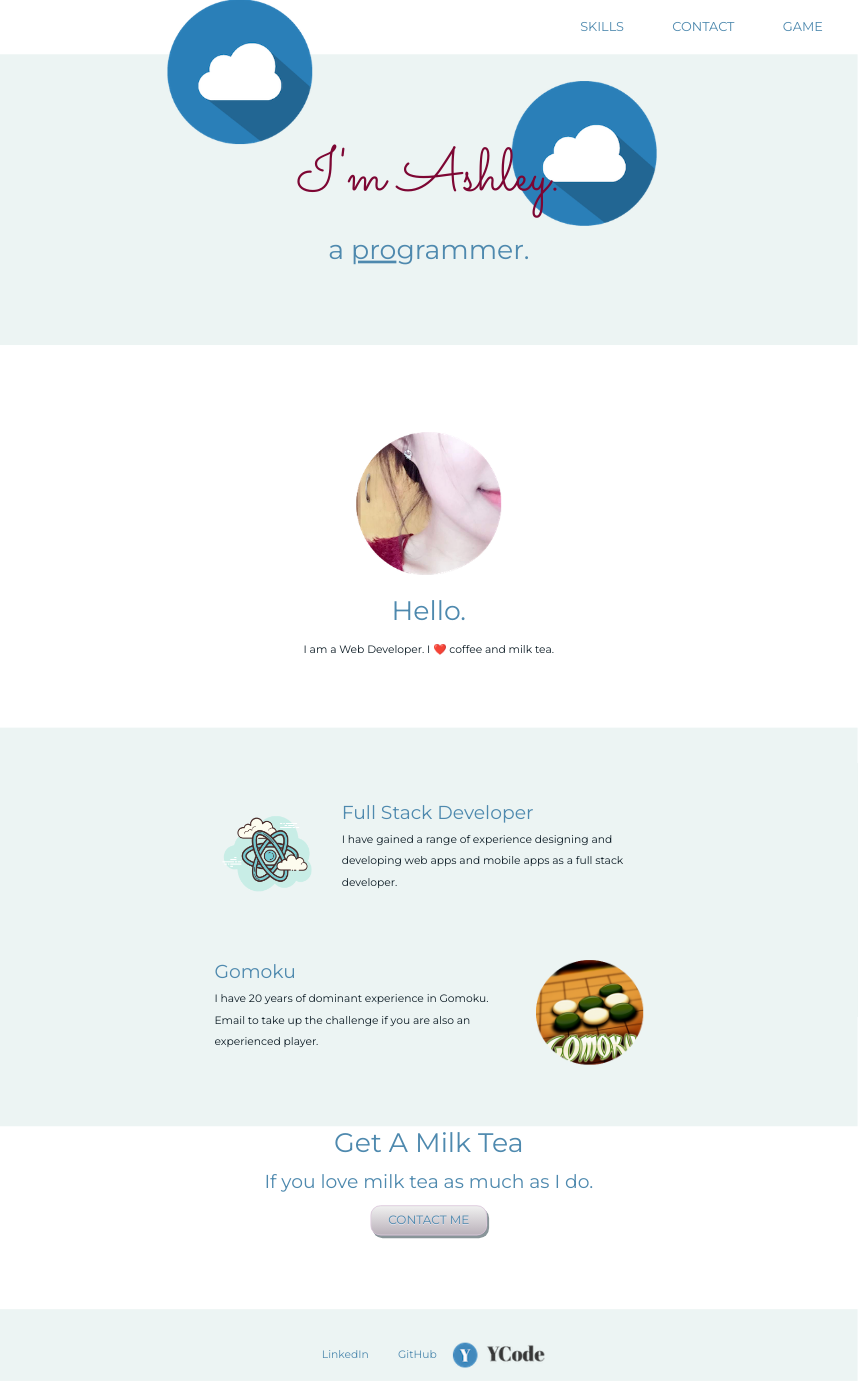
Repository: nosugarpls/YCode-my-website
Page: index.html
These files come from the project's save history. The page is drawn as it stood at one moment and after the next save; the edit follows.
The browser window is 1280 px wide. The pictures show the whole page, at 67% of full size.

Above is the page before, as saved 2020-09-25 10:31:51.

### index.html
<!DOCTYPE html>
<html>
<head>
  <meta charset="utf-8">
  <title>Ashley(Yu) Shi</title>


  <!-- CSS Stylesheets -->
  <link rel="stylesheet" href="https://stackpath.bootstrapcdn.com/bootstrap/4.5.2/css/bootstrap.min.css" integrity="sha384-JcKb8q3iqJ61gNV9KGb8thSsNjpSL0n8PARn9HuZOnIxN0hoP+VmmDGMN5t9UJ0Z" crossorigin="anonymous">
  <link rel="stylesheet" href="css/styles.css">
  <link href="https://fonts.googleapis.com/css?family=Merriweather|Montserrat|Sacramento" rel="stylesheet">
  <link rel="icon" href="images/YLogo.png">


  <!-- Bootstrap Scripts -->
  <script src="https://code.jquery.com/jquery-3.5.1.slim.min.js" integrity="sha384-DfXdz2htPH0lsSSs5nCTpuj/zy4C+OGpamoFVy38MVBnE+IbbVYUew+OrCXaRkfj" crossorigin="anonymous"></script>
  <script src="https://cdn.jsdelivr.net/npm/popper.js@1.16.1/dist/umd/popper.min.js" integrity="sha384-9/reFTGAW83EW2RDu2S0VKaIzap3H66lZH81PoYlFhbGU+6BZp6G7niu735Sk7lN" crossorigin="anonymous"></script>
  <script src="https://stackpath.bootstrapcdn.com/bootstrap/4.5.2/js/bootstrap.min.js" integrity="sha384-B4gt1jrGC7Jh4AgTPSdUtOBvfO8shuf57BaghqFfPlYxofvL8/KUEfYiJOMMV+rV" crossorigin="anonymous"></script>
</head>

<body>

  <!-- Nav Bar -->
  <nav class="navbar navbar-expand-lg navbar-light">
    <button class="navbar-toggler" type="button" data-toggle="collapse" data-target="#navbarToggler">
        <span class="navbar-toggler-icon"></span>
    </button>

    <div class="collapse navbar-collapse" id="navbarToggler">
      <ul class="navbar-nav ml-auto">
        <li class="nav-item">
          <a class="nav-link" href="#skills">SKILLS</a>
        </li>
        <li class="nav-item">
          <a class="nav-link" href="#contact">CONTACT</a>
        </li>
        <li class="nav-item">
          <a class="nav-link" href="piano.html">GAME</a>
        </li>
      </ul>
    </div>
  </nav>


  <div class="top-container">
    <img class="top-cloud" src="images/cloud.png" alt="cloud">
    <div class="title-text">
      <h1 class="big-title">I'm Ashley.</h1>
      <h2>a <span class="pro">pro</span>grammer.</h2>
    </div>
    <img class="bottom-cloud" src="images/cloud.png" alt="cloud">
  </div>

  <div class="middle-container">
    <div class="profile">
      <img class="avatar" src="images/ashely.png" alt="ashley-profile-img">
      <h2>Hello.</h2>
      <p class="intro">I am a Web Developer. I ❤️ coffee and milk tea.</p>
    </div>

    <div class="skills" id="skills">
      <div class="skill-row">
        <img class="react-img" src="images/react.png" alt="react-img">
        <h3>Full Stack Developer</h3>
        <p>I have gained a range of experience designing and developing web apps and mobile apps as a full stack developer.</p>
      </div>
      <div class="skill-row">
        <img class="game-img" src="images/game.png" alt="game-img">
        <h3>Gomoku</h3>
        <p>I have 20 years of dominant experience in Gomoku. Email to take up the challenge if you are also an experienced player.</p>
      </div>

    </div>

    <div class="contact-me" id="contact">
      <h2>Get A Milk Tea</h2>
      <h3>If you love milk tea as much as I do.</h3>
      <a class="btn" href="mailto:coloraworld@gmail.com">CONTACT ME</a>
    </div>
  </div>


  <div class="bottom-container">
    <a href="https://www.linkedin.com/in/yu-ashley-shi-328239197/">LinkedIn</a>
    <a href="https://github.com/nosugarpls">GitHub</a>
    <img src="images/logo.png" alt="img">
  </div>
</body>
</html>

### css/styles.css
body {
  color: #40514E;
  margin: 0;
  text-align: center;
  font-family: 'Merriweather', serif;
}

h1 {
  color: #7d0633;
  font-size: 5.625rem;
  margin: 50px auto 0 auto;
  font-family: 'Sacramento', cursive;
  z-index: 1;
  position: relative;
}

h2 {
  color: #4e89ae;
  font-family: 'Montserrat', sans-serif;
  font-size: 2.5rem;
  font-weight: normal;
  padding-bottom: 10px;
}

h3 {
  color: #4e89ae;
  font-family: 'Montserrat', sans-serif;
}

p {
  line-height: 2;
  color: #0f1e27;
  font-family: 'Montserrat', sans-serif;
}

a {
  color: #4e89ae;
  font-family: 'Montserrat', sans-serif;
  margin: 10px 20px;
  text-decoration: none;
}

.big-title {
  margin-top: 30px;
  margin-bottom: 30px;
}

.avatar {
  margin-top: 30px;
  margin-bottom: 30px;
}

.skills {
  background-color: #ecf4f3;
  margin-top: 100px;
  padding-top: 10px;
  padding-bottom: 10px;
}


.top-container {
  background-color: #ecf4f3;
  position: relative;
  padding-top: 100px;
  padding-bottom: 100px;
}


.middle-container {
  margin-top: 100px;
  margin-bottom: 100px;
}

.bottom-container {
  background-color: #ecf4f3;
  padding: 50px 0 20px;
}

.skill-row {
  width: 50%;
  margin: 100px auto 100px auto;
  text-align: left;
}

.pro {
  text-decoration: underline;
}

.intro {
  width: 30%;
  margin: auto;
  color: #0f1e27;
  font-family: 'Montserrat', sans-serif;
}

.contact-message {
  width: 40%;
  margin: 40px auto 60px;
}

.top-cloud {
  position: absolute;
  right: 300px;
  top: 40px;
}

.bottom-cloud {
  position: absolute;
  left: 250px;
  bottom: 300px;
}

.react-img {
  width: 25%;
  float: left;
  margin-right: 30px;
}

.game-img {
  width: 25%;
  float: right;
  margin-left: 30px;
}

.btn {
	box-shadow: 3px 4px 0px 0px #899599;
	background:linear-gradient(to bottom, #ededed 5%, #bab1ba 100%);
	background-color:#ededed;
	border-radius:15px;
	border:1px solid #d6bcd6;
	display:inline-block;
	cursor:pointer;
	color:#4e89ae;
  font-family: 'Montserrat', sans-serif;
	font-size:18px;
	padding:8px 25px;
	text-decoration:none;
	text-shadow:0px 1px 0px #e1e2ed;
}

.btn:hover {
	background:linear-gradient(to bottom, #bab1ba 5%, #ededed 100%);
	background-color:#bab1ba;
}

.btn:active {
	position:relative;
	top:1px;
}

/* Navigation Bar */

.nav-item {
  padding: 0 8px;
}

.nav-link {
  font-size: 1.2rem;
  font-family: 'Montserrat', sans-serif;
  color: #4e89ae !important;
  z-index: 2;
  position:relative;
}

After the next save:
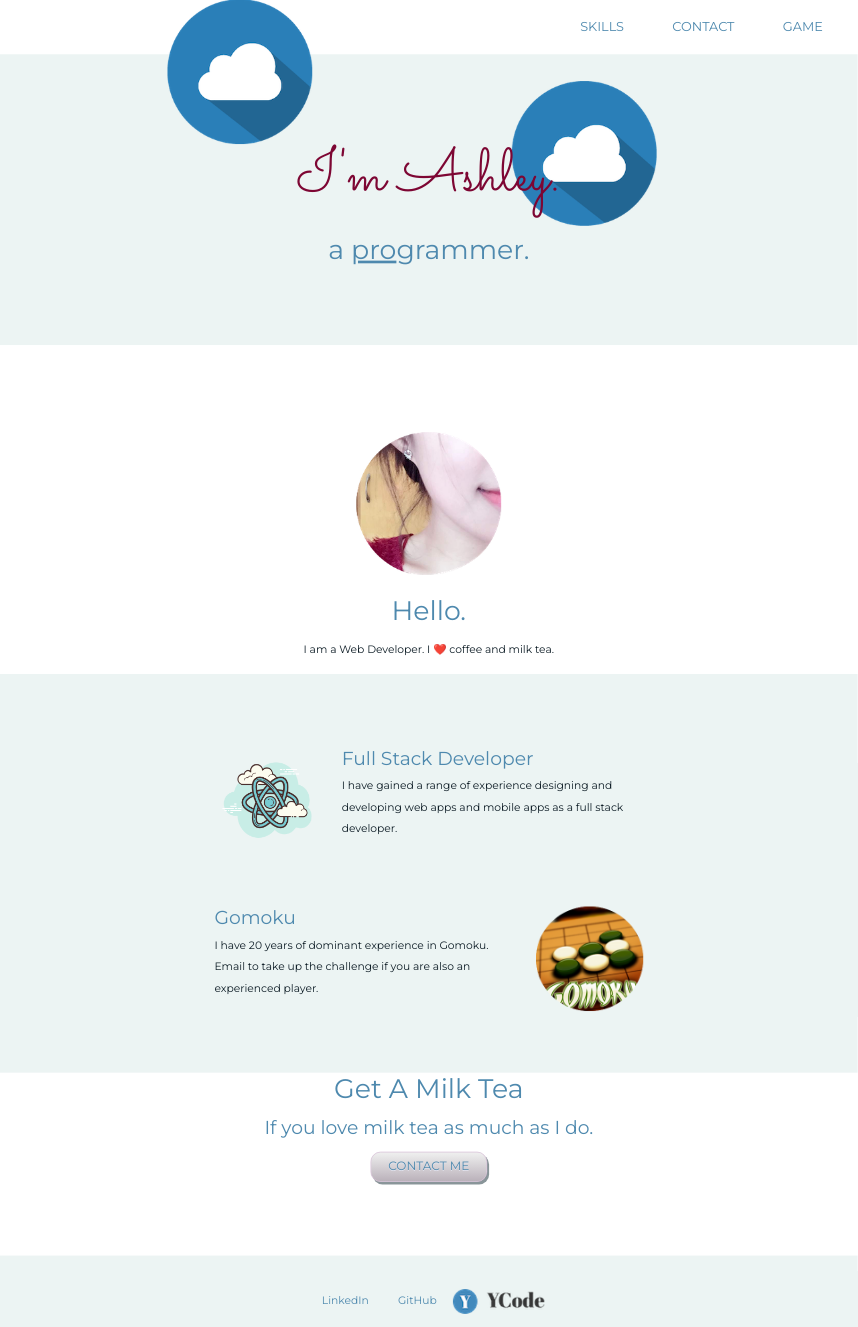
Saved 23 s later.
--- a/css/styles.css
+++ b/css/styles.css
@@ -52,7 +52,7 @@ a {
 
 .skills {
   background-color: #ecf4f3;
-  margin-top: 100px;
+  margin-top: 20px;
   padding-top: 10px;
   padding-bottom: 10px;
 }
